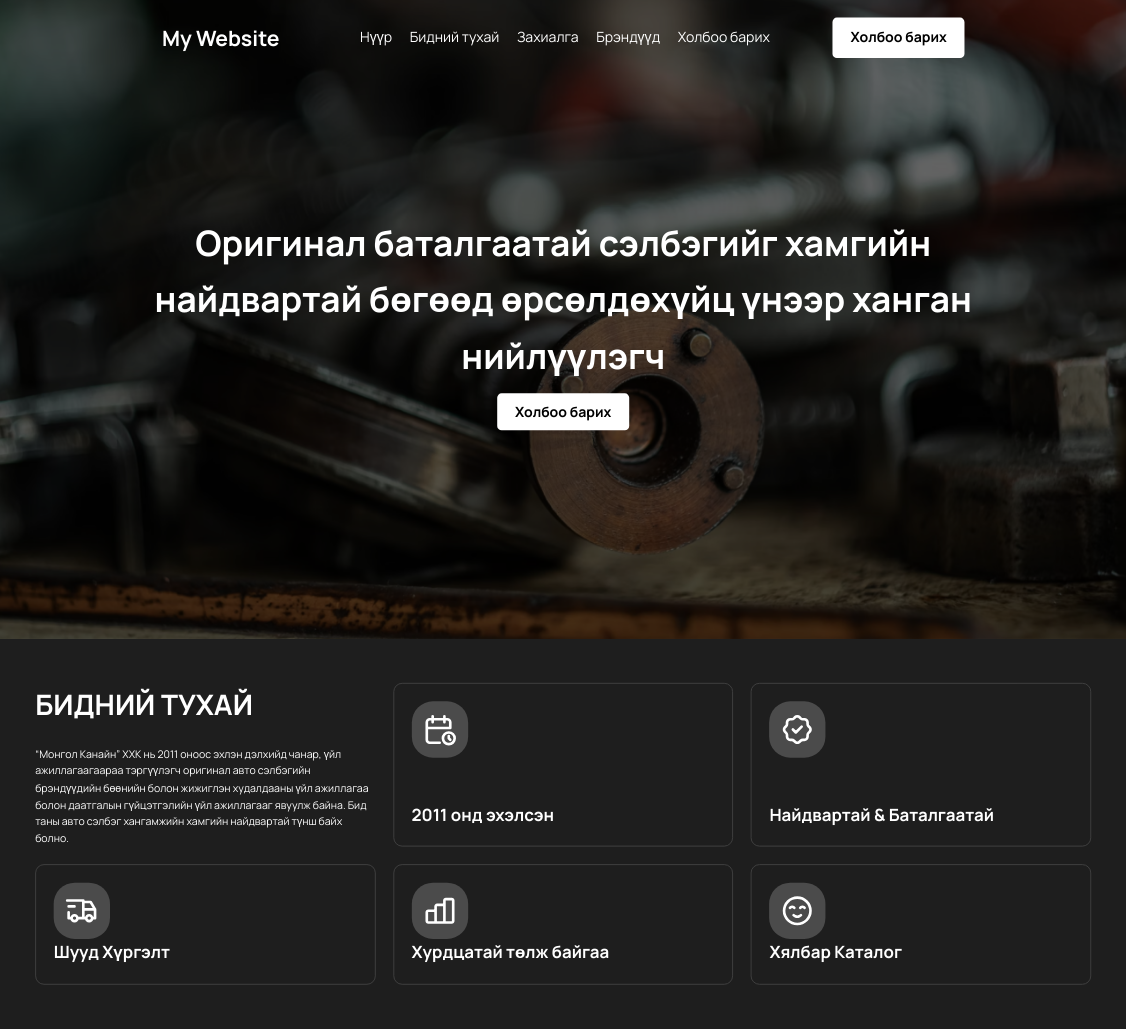
Repository: temuujinnn/mongol_kanain
Page: index.html
These files come from the project's save history. The page is drawn as it stood at one moment and after the next save; the edit follows.
The browser window is 1280 px wide. The pictures show the whole page, at 88% of full size.

Above is the page before, as saved 2024-08-22 18:00:33.

### index.html
<!DOCTYPE html>
<html lang="mn">

<head>
    <meta charset="UTF-8">
    <meta name="viewport" content="width=device-width, initial-scale=1.0">
    <title>My Custom Website</title>
    <link rel="stylesheet" href="style.css">
    <!-- Google Fonts Link -->
    <link href="https://fonts.googleapis.com/css2?family=Manrope:wght@400;700&display=swap" rel="stylesheet">
</head>

<body>
    <!-- Header Section -->
    <header>
        <div class="container">
            <div class="logo">
                <h1>My Website</h1>
            </div>
            <nav>
                <ul>
                    <li><a href="#home">Нүүр</a></li>
                    <li><a href="#about">Бидний тухай</a></li>
                    <li><a href="#order">Захиалга</a></li>
                    <li><a href="#brands">Брэндүүд</a></li>
                    <li><a href="#contact">Холбоо барих</a></li>
                </ul>
            </nav>
            <a href="#contact" class="contact-btn">Холбоо барих</a>
        </div>
    </header>

    <!-- Hero Section -->
    <section id="hero">
        <div class="overlay"></div>
        <div class="hero-content">
            <h1>Оригинал баталгаатай сэлбэгийг хамгийн найдвартай бөгөөд өрсөлдөхүйц үнээр ханган нийлүүлэгч</h1>
            <a href="#contact" class="button">Холбоо барих</a>
        </div>
    </section>

    <!-- The rest of your content -->
    <section id="about">
        <div class="container">

            <div class="about-grid">
                <div>
                    <h2>БИДНИЙ ТУХАЙ</h2>
                    <p class="description">“Монгол Канайн” ХХК нь 2011 оноос эхлэн дэлхийд чанар, үйл ажиллагаагаараа
                        тэргүүлэгч
                        оригинал авто сэлбэгийн брэндүүдийн бөөнийн болон жижиглэн худалдааны үйл ажиллагаа болон
                        даатгалын
                        гүйцэтгэлийн үйл ажиллагааг явуулж байна. Бид таны авто сэлбэг хангамжийн хамгийн найдвартай
                        түнш
                        байх
                        болно.</p>
                </div>

                <div class="about-card">
                    <div class="icon">
                        <img src="./icons/calendar-time.svg" alt="Calendar Icon">
                    </div>
                    <div style="width: 40px;"></div>
                    <div class="text">2011 онд эхэлсэн</div>
                </div>
                <div class="about-card">
                    <div class="icon">
                        <img src="./icons/discount-check.svg" alt="Calendar Icon">
                    </div>
                    <div style="width: 40px;"></div>
                    <div class="text">Найдвартай & Баталгаатай</div>
                </div>
                <div class="about-card">
                    <div class="icon">
                        <img src="./icons/truck-delivery.svg" alt="Calendar Icon">
                    </div>
                    <div style="width: 40px;"></div>
                    <div class="text">Шууд Хүргэлт</div>
                </div>
                <div class="about-card">
                    <div class="icon">
                        <img src="./icons/chart-bar.svg" alt="Calendar Icon">
                    </div>
                    <div style="width: 40px;"></div>
                    <div class="text">Хурдцатай төлж байгаа</div>
                </div>
                <div class="about-card">
                    <div class="icon">
                        <img src="./icons/mood-smile-beam.svg" alt="Calendar Icon">
                    </div>
                    <div style="width: 40px;"></div>
                    <div class="text">Хялбар Каталог</div>
                </div>
            </div>
        </div>
    </section>
</body>

</html>

### style.css
/* Basic Reset */
* {
    margin: 0;
    padding: 0;
    box-sizing: border-box;
}

body {
    font-family: 'Manrope', sans-serif;
    color: white;
    background-color: #1e1e1e;
    line-height: 1.6;
}

/* Header */
header {

    /* Semi-transparent background */
    padding: 20px 0;
    position: absolute;
    /* Ensure the header is not fixed */
    width: 100%;
    z-index: 1000;
    /* Keep the header on top of other content */
}

header .container {
    display: flex;
    padding-left: 144px;
    padding-right: 144px;
    justify-content: space-between;
    align-items: center;
}

header .logo h1 {
    color: #fff;
    font-size: 1.5rem;
    margin: 0;
}

header nav ul {
    list-style: none;
    display: flex;
    margin: 0;
    padding: 0;
}

header nav ul li {
    margin-left: 20px;
}

header nav ul li a {
    color: #fff;
    text-decoration: none;
    font-size: 1rem;
}

header nav ul li a:hover {
    color: #ffcc00;
}

header .contact-btn {
    background-color: #fff;
    color: #000;
    padding: 10px 20px;
    text-decoration: none;
    border-radius: 5px;
    font-weight: bold;
}

header .contact-btn:hover {
    background-color: #e6e6e6;
}

/* Hero Section */
#hero {
    position: relative;
    background: url('./images/m.png') no-repeat center center/cover;
    height: 726px;
    display: flex;
    justify-content: center;
    align-items: center;
    text-align: center;
    color: #fff;
}

#hero .overlay {
    position: absolute;
    top: 0;
    left: 0;
    right: 0;
    bottom: 0;
    background: rgba(0, 0, 0, 0.5);
    /* Dark overlay */
}

.hero-content {
    z-index: 1;
    max-width: 80%;
}

.hero-content h1 {
    font-size: 2.5rem;
    margin-bottom: 20px;
}

.hero-content .button {
    padding: 10px 20px;
    background: #fff;
    color: #000;
    text-decoration: none;
    border-radius: 5px;
    font-weight: bold;
    transition: background-color 0.3s ease;
}

.hero-content .button:hover {
    background-color: #e6e6e6;
}

#about {
    padding: 50px 20px;
    background-color: #1e1e1e;
}

.container {
    max-width: 1200px;
    margin: 0 auto;
}

#about h2 {
    font-size: 32px;
    margin-bottom: 20px;
    color: #fff;
    font-weight: 700;
}

.description {

    font-size: 12px;
    font-style: normal;
    font-weight: 400;
}

.about-grid {
    display: grid;
    grid-template-columns: repeat(3, 1fr);
    gap: 20px;
    height: 100%;
}

.about-card {
    background-color: #1e1e1e;
    padding: 20px;
    border-radius: 10px;
    display: flex;
    flex-direction: column;
    justify-content: space-between;
    align-items: start;

    border: 1px solid #444;
    transition: transform 0.3s ease, border-color 0.3s ease;
}

.about-card:hover {
    transform: translateY(-5px);
    border-color: #ffcc00;
}

.icon {

    display: flex;
    justify-content: center;
    align-items: center;
    background-color: #4b4b4b;
    width: 64px;
    height: 64px;
    padding: 12px;
    border-radius: 24px;

}



.text {
    font-size: 1.2rem;
    color: #fff;
    font-weight: 700;
}

.text br {
    display: none;
}

@media (min-width: 768px) {
    .text br {
        display: inline;
    }
}

/* Adjusting body padding to avoid header overlay */

After the next save:
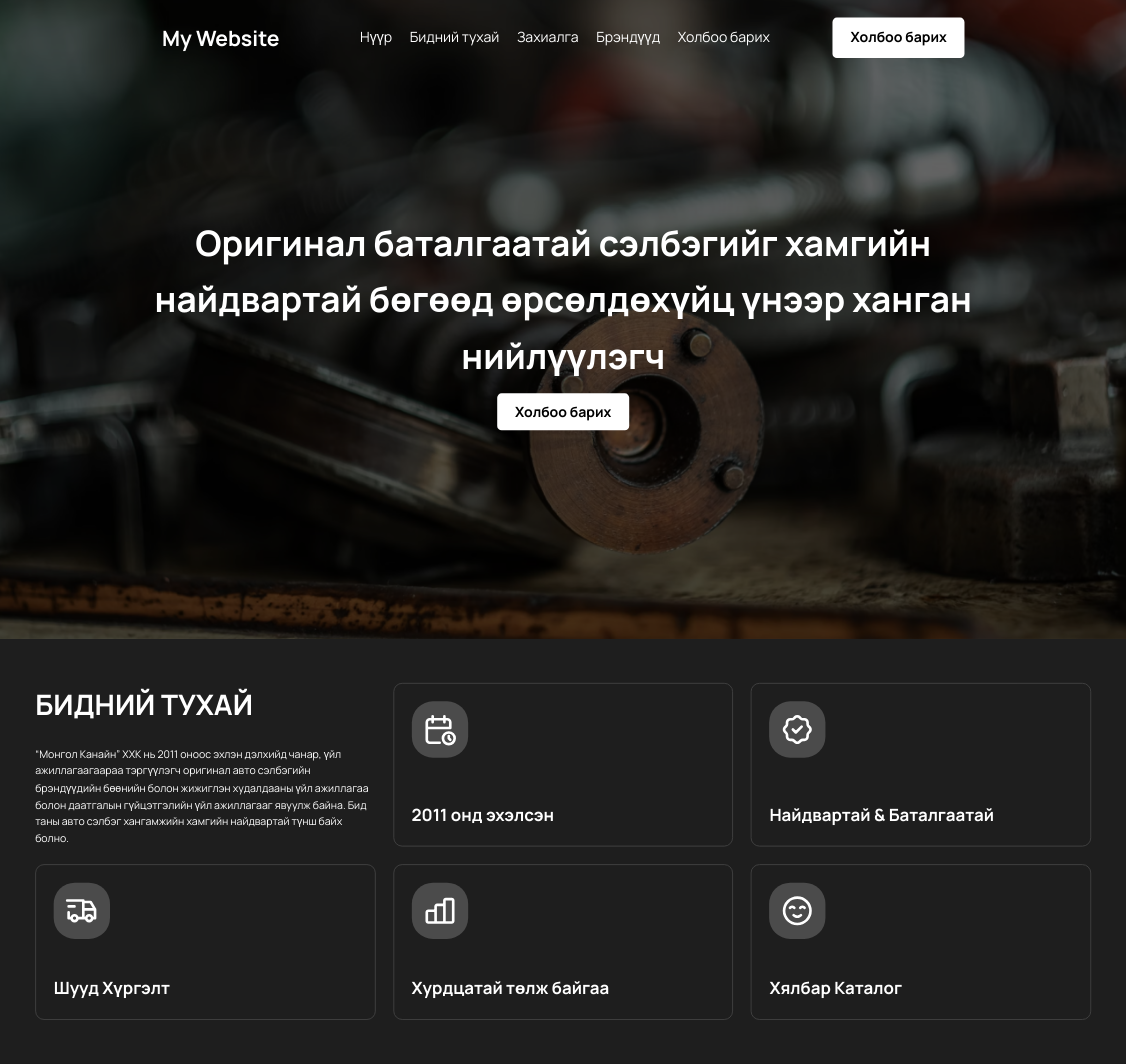
Saved 5 s later.
--- a/index.html
+++ b/index.html
@@ -88,7 +88,7 @@
                     <div class="icon">
                         <img src="./icons/mood-smile-beam.svg" alt="Calendar Icon">
                     </div>
-                    <div style="width: 40px;"></div>
+                    <div style="height: 40px;"></div>
                     <div class="text">Хялбар Каталог</div>
                 </div>
             </div>
